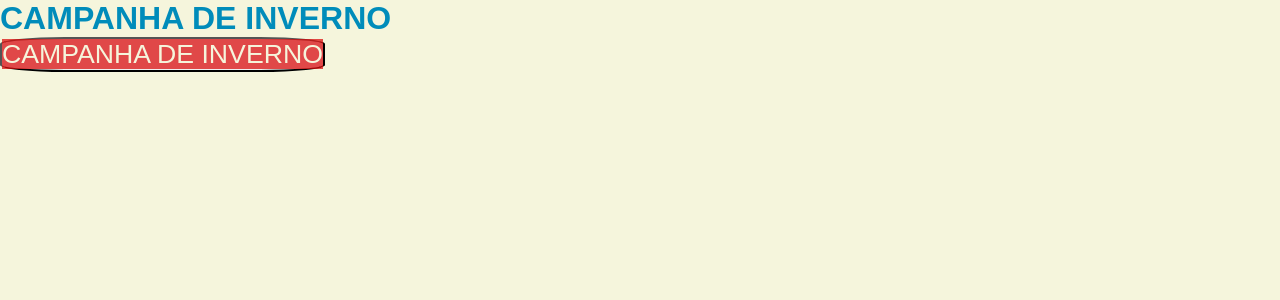
Repository: adrtrvs/qrcodeong
Page: campaignall.html
The author's editor kept a copy of each file at every save. The page is drawn from the files as they stood at one save, then again after the next save.
The browser window is 1280 px wide. The pictures show the whole page.
Some web fonts or font styles are not loaded; a fallback is used.

Above is the page before, as saved 2023-05-26 09:41:42.

After the next save:
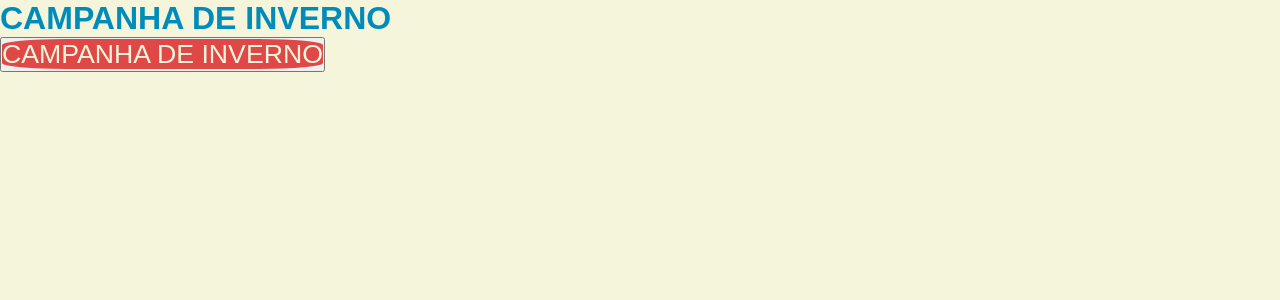
Saved 10 s later.
--- a/style.css
+++ b/style.css
@@ -160,7 +160,7 @@ div.trocorockn {
 
 .campaignbutton {
   text-align: center;
-  border-radius: 20%;
+
 }
 
 .campaignbutton a {
@@ -171,6 +171,7 @@ div.trocorockn {
   background-color: rgba(219, 10, 10, 0.73);
   animation: animate 2s linear infinite;
   font-family: 'Cuprum', sans-serif;
+  border-radius: 20%;
 }
 
 .bcampaign {
